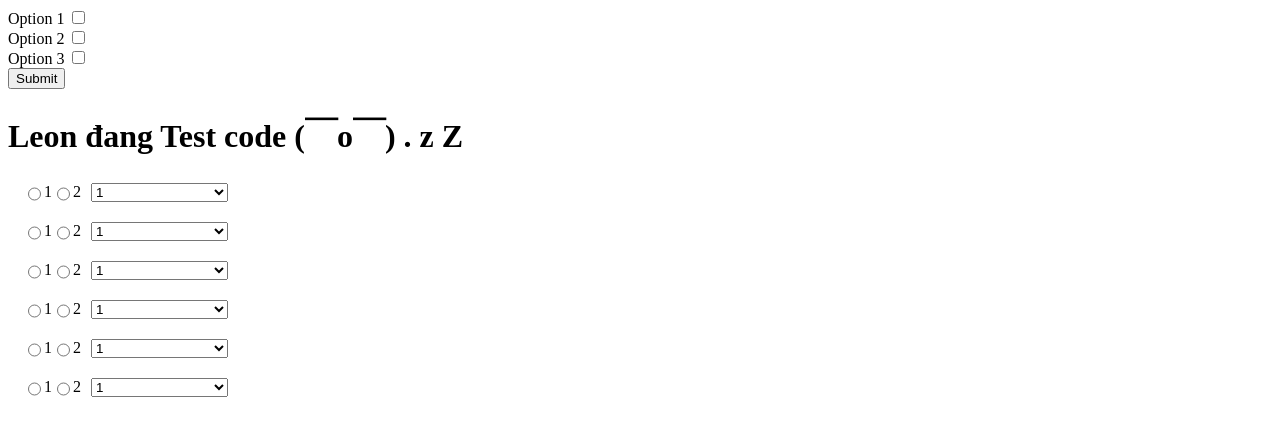
Repository: tranhuunghiem99/N_Auto_Checked
Page: test/index.html
An editor plug-in stored every save of this project. The page is shown before and after a run of saves, followed by the edit.
The browser window is 1280 px wide. The pictures show the whole page.

Above is the page before, as saved 2024-05-07 21:30:21.

### test/index.html
<!DOCTYPE html>
<html>
  <head>
    <title>Checkbox Example</title>
  </head>
  <body>
    <form action="/submit" method="post">
      <label for="option1">Option 1</label>
      <input type="checkbox" name="options" value="1" id="option1">
      <br>
      <label for="option2">Option 2</label>
      <input type="checkbox" name="options" value="2" id="option2">
      <br>
      <label for="option3">Option 3</label>
      <input type="checkbox" name="options" value="3" id="option3">
      <br>
      <button type="submit">Submit</button>
    </form>
  </body>
</html>
<!DOCTYPE html>
<html>
<body>

<h1>Leon đang Test code (￣o￣) . z Z</h1>

<form action="" method="get" style="display: flex; padding: 5px; margin: 10px;">
  <input type="radio" name="number" value="">
  <label for="1">1</label><br>
  <input type="radio" name="number" value="">
  <label for="2">2</label><br>
  <select id="" name="" style="margin-left:10px ;">
    <option value="1" name="list">1</option>
    <option value="2" name="list">2</option>
    <option value="3" name="list">3</option>
    <option value="4" name="ok">Ok cái này chọn nè</option>
  </select>
</form>
<form action="" method="get" style="display: flex; padding: 5px; margin: 10px;">
  <input type="radio" name="number" value="">
  <label for="1">1</label><br>
  <input type="radio" name="number" value="">
  <label for="2">2</label><br>
  <select id="" name="" style="margin-left:10px ;">
    <option value="1" name="list">1</option>
    <option value="2" name="list">2</option>
    <option value="3" name="list">3</option>
    <option value="4" name="ok">Ok cái này chọn nè</option>
  </select>
</form>
<form action="" method="get" style="display: flex; padding: 5px; margin: 10px;">
  <input type="radio" name="number" value="">
  <label for="1">1</label><br>
  <input type="radio" name="number" value="">
  <label for="2">2</label><br>
  <select id="" name="" style="margin-left:10px ;">
    <option value="1" name="list">1</option>
    <option value="2" name="list">2</option>
    <option value="3" name="list">3</option>
    <option value="4" name="ok">Ok cái này chọn nè</option>
  </select>
</form>
<form action="" method="get" style="display: flex; padding: 5px; margin: 10px;">
  <input type="radio" name="number" value="">
  <label for="1">1</label><br>
  <input type="radio" name="number" value="">
  <label for="2">2</label><br>
  <select id="" name="" style="margin-left:10px ;">
    <option value="1" name="list">1</option>
    <option value="2" name="list">2</option>
    <option value="3" name="list">3</option>
    <option value="4" name="ok">Ok cái này chọn nè</option>
  </select>
</form>
<form action="" method="get" style="display: flex; padding: 5px; margin: 10px;">
  <input type="radio" name="number" value="">
  <label for="1">1</label><br>
  <input type="radio" name="number" value="">
  <label for="2">2</label><br>
  <select id="" name="" style="margin-left:10px ;">
    <option value="1" name="list">1</option>
    <option value="2" name="list">2</option>
    <option value="3" name="list">3</option>
    <option value="4" name="ok">Ok cái này chọn nè</option>
  </select>
</form>
<form action="" method="get" style="display: flex; padding: 5px; margin: 10px;">
  <input type="radio" name="number" value="">
  <label for="1">1</label><br>
  <input type="radio" name="number" value="">
  <label for="2">2</label><br>
  <select id="" name="" style="margin-left:10px ;">
    <option value="1" name="list">1</option>
    <option value="2" name="list">2</option>
    <option value="3" name="list">3</option>
    <option value="4" name="ok">Ok cái này chọn nè</option>
  </select>
</form>

</body>
</html>

After the next 3 saves:
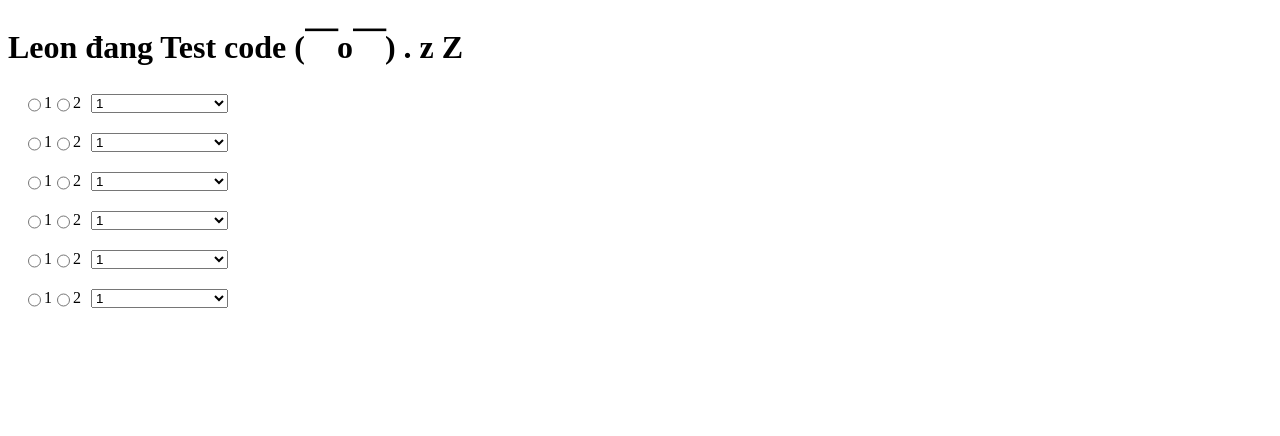
The 3 saves are shown as one change because they came seconds apart.
The last was saved 13 s later.
--- a/test/index.html
+++ b/test/index.html
@@ -1,4 +1,4 @@
-<!DOCTYPE html>
+<!-- <!DOCTYPE html>
 <html>
   <head>
     <title>Checkbox Example</title>
@@ -17,7 +17,8 @@
       <button type="submit">Submit</button>
     </form>
   </body>
-</html>
+</html> -->
+
 <!DOCTYPE html>
 <html>
 <body>
